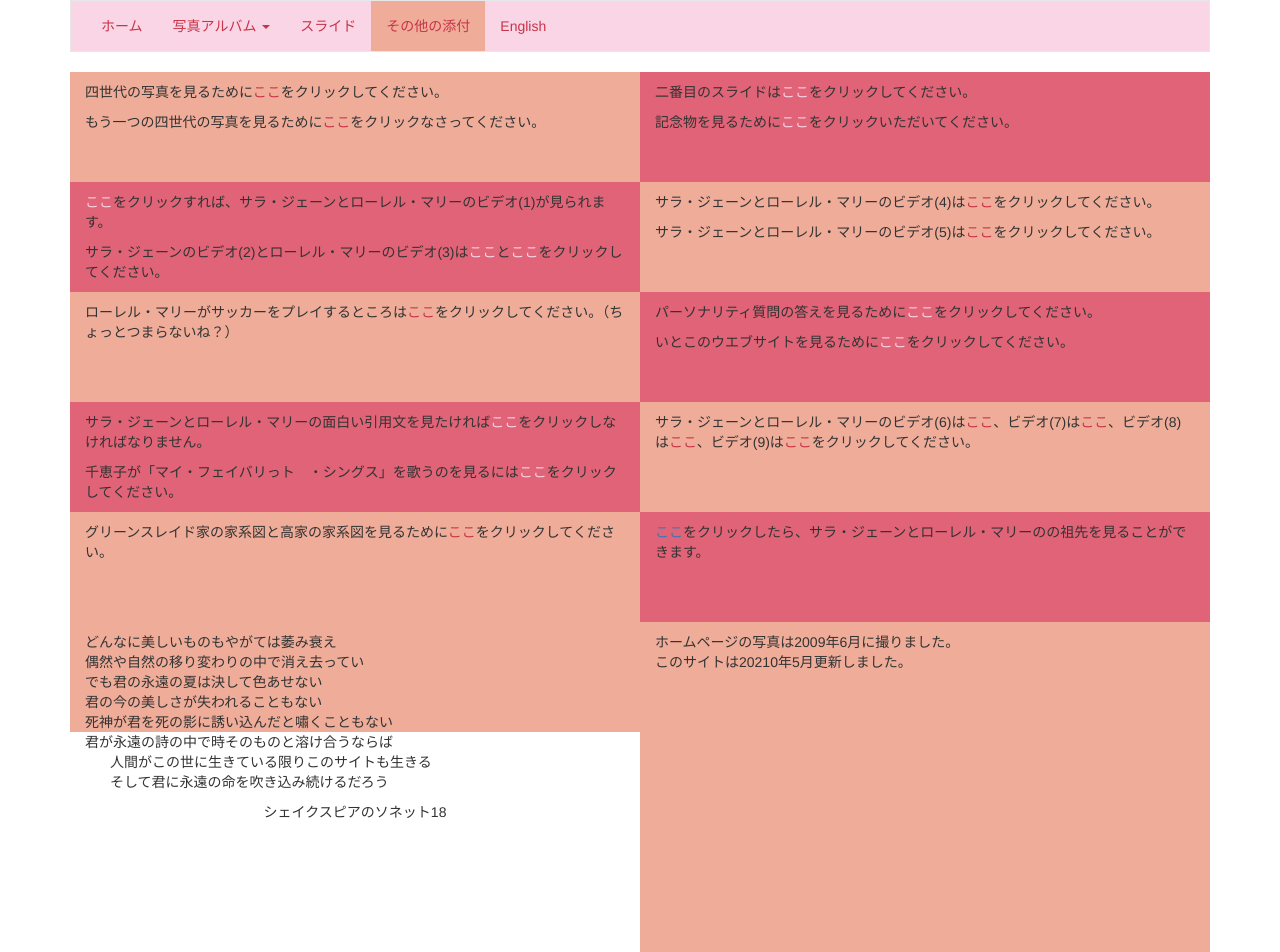
Repository: George2916/Sarah-Jane-and-Laurel-Marie
Page: misc-jap.html
The author's editor kept a record of every edit. The page is drawn from the files as they stood at one moment, then again after the next edit.
The browser window is 1280 px wide. The pictures show the whole page.

Above is the page before.
Console error: TypeError: Cannot read properties of null (reading 'style')

### misc-jap.html
<!DOCTYPE html>
<html>
<head>

    <meta charset="utf-8">
    <meta http-equiv="X-UA-Compatible" content="IE-edge">
    <meta name="viewport" content="width=device-width, initial-scale=1">
    <!--[if lt IE 9]
<script src="https://oss.maxcdn.com/html5shiv/3.7.2/html5shiv.min.js"></script>
<script src="https://oss.maxcdn.com/respond/1.4.2/respond.min.js"></script>
<![endif]-->

  <title>Miscellaneous - Japanese</title>

    <link rel="stylesheet" type="text/css" href="css/bootstrap.css">
    <link rel="stylesheet" type="text/css" href="css/mystyle.css">
    <link href="https://fonts.googleapis.com/css?family=Permanent+Marker" rel="stylesheet">


</head>

<body>

<div class="container">

    <!--collapsing navbar-->

    <nav class="navbar navbar-default">

    <div class="navbar-header">
        <button type="button" class="navbar-toggle" data-toggle="collapse" data-target="#myNavbar"><span class="glyphicon glyphicon-menu-hamburger"></span></button>
    </div>

    <div class="collapse navbar-collapse" id="myNavbar">
        <ul class="nav navbar-nav">
            <li class="DDDD"><a class="home" href="home-jap.html">ホーム</a></li>
            <li class="dropdown DDDD"><a class="active dropdown-toggle gallery-0" data-toggle="dropdown" href="#">写真アルバム <span class="caret"></span></a>
                <ul class="dropdown-menu">
                    <li><a class="gallery-1" href="gallery1-jap.html">写真アルバム 　-　2001年1月　/　2004年2月</a></li>
                    <li><a class="gallery-2" href="gallery2-jap.html">写真アルバム 　-　2004年2月　/　2006年12月</a></li>
                    <li><a class="gallery3" href="gallery3-jap.html">写真アルバム 　-　2007年6月　/　2008年11月</a></li>
                    <li><a class="gallery4" href="gallery4-jap.html">写真アルバム 　-　2008年11月　/　2009年9月</a></li>
                </ul>
            </li>
            <li class="DDDD"><a class="slideshow" href="slideshow-jap.html">スライド</a></li>
            <li class="active non-drop DDDD"><a class="misc" href="misc-jap.html">その他の添付</a></li>
            <li class="DDDD"><a href="misc.html">English</a></li>
        </ul>
    </div>

    </nav>

    <div>

        <div class="row  noPad">

            <div class="col-sm-6 color1 box1">
                <p>四世代の写真を見るために<a class="misc-link-1 AAA" href="familytreeT.html">ここ</a>をクリックしてください。</p>
                <p>もう一つの四世代の写真を見るために<a class="misc-link-1 AAA" href="familytreeM.html">ここ</a>をクリックなさってください。</p>
            </div>


            <div class="col-sm-6 color2 box2">
                <p>二番目のスライドは<a class="misc-link-2 AAA" href="slideshow2-jap.html">ここ</a>をクリックしてください。</p>
                <p>記念物を見るために<a class="misc-link-2 AAA" href="flippablePhotos.html">ここ</a>をクリックいただいてください。</p>
            </div>


        </div><!--closes .row-->

        <div class="row  noPad">

            <div class="col-sm-6 color2 box3">
                <p><a class="misc-link-3 AAA" href="https://www.youtube.com/watch?v=NwOyJzJh9Wc">ここ</a>をクリックすれば、サラ<span >・</span>ジェーンとローレル<span >・</span>マリーのビデオ(1)が見られます。</p>
                <p>サラ<span >・</span>ジェーンのビデオ(2)とローレル<span>・</span>マリーのビデオ(3)は<a class="misc-link-3 AAA" href="https://www.youtube.com/watch?v=lUZmNCm3aWA" target="_blank">ここ</a>と<a class="misc-link-3 AAA" href="https://www.youtube.com/watch?v=WP3CQZRvERk">ここ</a>をクリックしてください。</p>

            </div>



            <div class="col-sm-6 color1 box4">
                <p>サラ<span >・</span>ジェーンとローレル<span >・</span>マリーのビデオ(4)は<a class="misc-link-4 AAA" href="https://www.youtube.com/watch?v=_l0FIXjZr1M" target="_blank">ここ</a>をクリックしてください。</p>
                <p>サラ<span >・</span>ジェーンとローレル<span >・</span>マリーのビデオ(5)は<a class="misc-link-4 AAA" href="https://www.youtube.com/watch?v=VaALOcjoOfE" target="_blank">ここ</a>をクリックしてください。</p>
            </div>

        </div><!--closes .row-->

        <div class="row  noPad">

            <div class="col-sm-6 color1 box5">
                <p>ローレル<span >・</span>マリーがサッカーをプレイするところは<a class="misc-link-5 AAA" href="https://www.youtube.com/watch?v=pcceURS1TcA">ここ</a>をクリックしてください。（ちょっとつまらないね？）</p>

            </div>



            <div class="col-sm-6 color2 box6">
                <p>パーソナリティ質問の答えを見るために<a class="misc-link-6 AAA" href="questionnaire-jap.html">ここ</a>をクリックしてください。</p>
                <p>いとこのウエブサイトを見るために<a class="misc-link-6 AAA" href="https://george2916.github.io">ここ</a>をクリックしてください。</p>
            </div>



        </div><!--closes .row-->

        <div class="row  noPad">

            <div class="col-sm-6 color2 box7">
                <p>サラ<span >・</span>ジェーンとローレル<span >・</span>マリーの面白い引用文を見たければ<a class="misc-link-3 AAA" href="quotes.html">ここ</a>をクリックしなければなりません。</p>
                <p>千恵子が「マイ<span >・</span>フェイバリっト　<span >・</span>シングス」を歌うのを見るには<a class="misc-link-3 AAA" href="https://youtu.be/F1NmzCG4n8A">ここ</a>をクリックしてください。</p>
            </div>


            <div class="col-sm-6 color1 box8">
                <p>サラ<span >・</span>ジェーンとローレル<span >・</span>マリーのビデオ(6)は<a class="misc-link-4 AAA" href="https://youtu.be/i4otdVIbA44">ここ</a>、ビデオ(7)は<a class="misc-link-4 AAA" href="https://youtu.be/OAZ1_f3dj48">ここ</a>、ビデオ(8)は<a class="misc-link-4 AAA" href="https://youtu.be/zzMhVbymAOA">ここ</a>、ビデオ(9)は<a class="misc-link-4 AAA" href="https://youtu.be/t_HujAmd91A">ここ</a>をクリックしてください。
            </div>


        </div><!--closes .row-->

        <div class="row  noPad">

            <div class="col-sm-6 color2 box9">
                <p>グリーンスレイド家の家系図と高家の家系図を見るために<a class="misc-link-9 AAA" href="https://george2916.github.io/GreensladeFamilyTree">ここ</a>をクリックしてください。</p>

            </div>


            <div class="col-sm-6 color1 box10">
                <p><a class="misc-link-10 AAA" href="ancestors.html">ここ</a>をクリックしたら、サラ<span >・</span>ジェーンとローレル<span >・</span>マリーのの祖先を見ることができます。
            </div>


        </div><!--closes .row-->

        <div class="row noPad">

            <div class="col-sm-6 color1 box11J">
                <p>どんなに美しいものもやがては萎み衰え<br>偶然や自然の移り変わりの中で消え去ってい<br>でも君の永遠の夏は決して色あせない<br>君の今の美しさが失われることもない<br>死神が君を死の影に誘い込んだと嘯くこともない<br>君が永遠の詩の中で時そのものと溶け合うならば<br><span class="last2lines">人間がこの世に生きている限りこのサイトも生きる</span><br><span class="last2lines">そして君に永遠の命を吹き込み続けるだろう</span></p><p style="text-align: center">シェイクスピアのソネット18</p>
            </div>



            <div class="col-sm-6 color2 box12">
                <p>ホームページの写真は2009年6月に撮りました。<br>このサイトは20210年5月更新しました。</p>
            </div>

        </div><!--closes .row-->



    </div>

</div><!-closes .container-->

<script src="js/jquery-3.2.0.js"></script>
<script src="js/bootstrap.js"></script>
<script src="js/myjquery.js"></script>

</body>
</html>

### css/mystyle.css
/* color scheme

lilac: #f9d5e5

very light brown: #eeac99

pink: #e06377

red: #c83349

*/

/* STYLING FOR NAV BAR */

/* give the nav bar square corners, instead of the default rounded corners */

.navbar{
    border-radius: 0px;
}

/* change color of nav bar to lilac */

.navbar-default{
    background-color: #f9d5e5;
}

/* change the color of the lettering of Home, Slide Show and Misc. to red */

.navbar-default .navbar-collapse .navbar-nav > li > a{
     color: #c83349;
}

/* change the color of the lettering of Gallery to red */

.navbar-default .navbar-nav > .open > a,
.navbar-default .navbar-nav > .open > a:hover,
.navbar-default .navbar-nav > .open > a:focus {
    color: #c83349;
}

/* give the Home, Slide Show and Misc. tabs the color of very light brown when clicked on */

.navbar-default .navbar-nav .active a,
.navbar-default .navbar-nav .active a:hover,
.navbar-default .navbar-nav .active a:focus {
    background-color: #eeac99;
    color: #c83349;
}

/* give the Gallery tab the color of very light brown when clicked on */

.navbar-default .navbar-nav > .open > a:focus {
    background-color: #eeac99;
}

/* change color and size of the dropdown menu under the Gallery tab */

.dropdown-menu {
    background-color: #eeac99;
    padding: 0px;
    border: 0px;
    margin: 0px;
}

/* change the color of the text of the dropdown menu under the Gallery tab */

.dropdown-menu > li > a {
    color: #c83349;
}

/* make the hamburger icon have the background color of red */

.navbar-default .navbar-toggle:hover,
.navbar-default .navbar-toggle:focus {
    background-color: #eeac99;
}

.navbar-toggle{
    background-color: #c83349;
}

#bullet{

    vertical-align: text-top;
}


/* STYLING FOR HOME PAGE */

/* styling for jumbotron on Home page */

.cover-page-jumbo {
    background-color: #c83349;
    font-family: 'Permanent Marker', cursive;
    text-align: center;
    color: #f9d5e5;

}

/* styling for certain text in the Japanese translation of the Home page*/

#bullet {
    vertical-align: middle;
    letter-spacing: -10px;
}

#bullet1 {

    letter-spacing: -10px;
}

#bullet2 {

    letter-spacing: -8px;
}

#bullet3 {
    vertical-align: middle;
    letter-spacing: -14px;
}
@media only screen and (max-width: 660px) {
    .cover-page-jumbo h2{
        font-size: 140%;
    }

    .cover-page-jumbo h4{
        font-size: 90%;
    }
}

/* give the jumbrotron square corners, instead of the default rounded corners */

.container .jumbotron {
    border-radius: 0px;
}

.coverphoto {
    width: 100%;
    height: 100%;
    border: 4px solid #e06377;
}

/* resize image in jumbotron */
.coverphoto img {
    width: 100%;
    height: auto;
}


/* STYLING FOR GALLERY PAGES */

.gallery-background {
    padding: 20px;
    background-color: #c83349;
}

@media only screen and (max-width: 991px) {
    .extra-padding {
        padding-bottom: 20px;
    }
}

/* change the size of the modals for images in the Gallery which are rotated when displayed in modal format */
.gallery-rotate {
        height: 620px;
        width: 600px;
}

/* rotate certain photos in the Gallery -90 degrees when they are displayed in modal format */
.gallery-rotate img {
    -ms-transform: rotate(-90deg); /* IE 9 */
    -webkit-transform: rotate(-90deg); /* Chrome, Safari, Opera */
    transform: rotate(-90deg);
    height: 450px;
    position: absolute;
    top: 80px;
}

.pager li > a {
    background-color: #f9d5e5;
    color: #c83349;
}


/* STYLING FOR THE SLIDESHOW PAGES */

/* give pink border to the photos in the slide show */
.item > img {
    border: 4px solid #e06377;
}

/* center all img in slideshow */
.carousel-inner img {
    margin: auto;
}

/* enlarge certain pictures in the Slideshow to take up the height and width of their container */
.BBBB {
    width: 100%;
    height: auto;
}

/* give the color of smokey white to the left and right arrows in the Slideshow */

.carousel-control > span {
    color: #f5f5f5;
}

/* make the carousel captions the color of smokey white */
.carousel-caption {
    color: #f5f5f5;
}

/* give the color of smokey white to the border of the carousel indicators */
.carousel-indicators li {
    border: 1px solid #f5f5f5;
}

/* give the color of smokey white to the active carousel indicator */
.carousel-indicators .active {
     background-color: white;
}

/* hide carousel indicators and delete the <h4> captions in screen widths below 992px */
@media only screen and (max-width: 991px) {
    .carousel-indicators > li {
        display: none;
    }
    .carousel-caption > h4 {
        display: none;
    }
}

/* make font-size smaller in screen widths below 575px */
@media only screen and (max-width: 575px) {
    .carousel-caption h3 {
        font-size: 75%;
    }
}


/* STYLING FOR MISCELLANEOUS PAGE */

.color1 {
    background-color: #eeac99;
    height: 110px;
    padding-top: 10px;
}

.color2 {
    background-color: #e06377;
    height: 110px;
    padding-top: 10px;
}

.noPad {margin-right: 0px;
    margin-left: 0px;
}

/* STYLING FOR THE FAMILYTREEM.HTML AND FAMILYTREET.HTML DOCS */

.family-tree-jumbo {
    background-color: #f9d5e5;
    font-family: 'Permanent Marker', cursive;
    text-align: center;
}

.family-tree-jumbo > h3 {
    color: #c83349;
}

/* rotate the fourgenerationsM photo 90 degrees */
.fourgenerationsM img {
    width: 100%;
    height: auto;
   -ms-transform: rotate(90deg); /* IE 9 */
    -webkit-transform: rotate(90deg); /* Chrome, Safari, Opera */
    transform: rotate(90deg);
    position: relative;
    top: 60px;
    border: solid 5px #e06377;
}

/* adjust the position of the fourgenerationsM photo and related text, depending on the screen size */
@media only screen and (max-width: 1199px) {
    .fourgenerationsM img {
        position: relative;
        top: 50px;
    }
    .customclassM {
        position: relative;
        top: 2px;
    }
}

@media only screen and (max-width: 991px) {
    .fourgenerationsM img {
        position: relative;
        top: 100px;
    }
    .customclassM {
        position: relative;
        top: 250px;
        left: 50px;
    }
}

@media only screen and (max-width: 767px) {
    .fourgenerationsM img {
        position: relative;
        top: 120px;
    }
    .customclassM {
        position: relative;
        top: 250px;
        left: 0px;
    }
}

/* adjust the positioning of the fourgenerationsT photo and related text, depending on the screen size */
@media only screen and (min-width: 992px) {
    .fourgenerationsT img {
        width: 100%;
        height: auto;
        position: relative;
        left: 50px;
        top: 20px;
        border: solid 5px #e06377;
    }
    .customclassT {
        position: relative;
        left: 50px;
    }
}

@media only screen and (min-width: 768px) {
    .fourgenerationsT img {
        width: 100%;
        height: auto;
        border: solid 5px #e06377;
    }
    .customclassT {
        position: relative;
        top: 20px;
        left: 50px;
    }
}

@media only screen and (min-width: 100px) {
    .fourgenerationsT img {
        width: 100%;
        height: auto;
        border: solid 5px #e06377;
    }
    .customclassT {
        position: relative;
        top: 20px;
    }
}

.withtext {
    text-align: center;
    border: 2px solid black;
}

.withtext1 {
    border: 3.4px solid black;
    text-align: center;
}

.withsymbol {
    text-align: center;
}

.specialborder {
    border: solid 3px #e06377;
}


/* STYLING FOR QUESTIONNAIRE */

#heading, #headingJ{
    background-color: #c83349;
    font-family: 'Permanent Marker', cursive;
    text-align: center;
    color: #f9d5e5;
}

#Qborder, #QborderJ{
    border-width: 10px;
    border-style: solid;
    border-color: #f9d5e5;
}

#first-row, #first-rowJ{
    height: 2.5em;
}

#sjButtonJap > .btn,
#lmButtonJap > .btn {
    font-size: 75%;
}

@media only screen and (max-width: 767px) {
    #sjButtonJap > .btn,
    #lmButtonJap > .btn {
        font-size: 75%;
    }
}

@media only screen and (max-width: 640px) {
    #sjButtonJap > .btn,
    #lmButtonJap > .btn {
        font-size: 70%;
    }
}

@media only screen and (max-width: 575px) {
    #sjButtonJap > .card_back,
    #lmButtonJap > .card_back {
        font-size: 65%;
    }
    #sjButtonJap > .card_front,
    #lmButtonJap > .card_front {
        font-size: 65%;
    }
}

.card{
  position: relative;
  width: 25%;
  text-align: center;
}

.card_front,
.card_back{
  position: absolute;
  top: 0;
  left: 0;
  width: 100%;
  height: 100%;
}

.card_front,
.card_back{
  -webkit-backface-visibility: hidden;
          backface-visibility: hidden;
  -webkit-transition: -webkit-transform 0.3s;
          transition: transform 0.3s;
}

.card_front{
  background-color: #eeac99;
}

.card_back{
  background-color: #eeac99;
  -webkit-transform: rotateY(-180deg);
          transform: rotateY(-180deg);
}

.card.effect_hover:hover .card_front{
  -webkit-transform: rotateY(-180deg);
          transform: rotateY(-180deg);
}

.card.effect_hover:hover .card_back{
  -webkit-transform: rotateY(0);
          transform: rotateY(0);
}

.customBtn{

  border-right: 6px solid #eeac99;
  border-bottom: 6px solid #eeac99;
  border-right-style: outset;
  border-bottom-style: outset;
}

.question{
    background-color: #eeac99;
}

#hiddenSJ-1, #hiddenSJ-2, #hiddenSJ-3, #hiddenSJ-4, #hiddenSJ-5, #hiddenSJ-6, #hiddenSJ-7, #hiddenSJ-8, #hiddenSJ-9, #hiddenSJ-10, #hiddenSJ-11, #hiddenSJ-12, #hiddenSJ-13, #hiddenSJ-14, #hiddenSJ-15, #hiddenSJ-16, #hiddenSJ-17, #hiddenSJ-18, #hiddenSJ-19, #hiddenSJ-20, #hiddenSJ-21, #hiddenSJ-22, #hiddenSJ-23, #hiddenSJ-24, #hiddenSJ-25, #hiddenLM-1, #hiddenLM-2, #hiddenLM-3, #hiddenLM-4, #hiddenLM-5, #hiddenLM-6, #hiddenLM-7, #hiddenLM-8, #hiddenLM-9, #hiddenLM-10, #hiddenLM-11, #hiddenLM-12, #hiddenLM-13, #hiddenLM-14, #hiddenLM-15, #hiddenLM-16, #hiddenLM-17, #hiddenLM-18, #hiddenLM-19, #hiddenLM-20, #hiddenLM-21, #hiddenLM-22, #hiddenLM-23, #hiddenLM-24, #hiddenLM-25, #hiddenSJJ-1, #hiddenSJJ-2, #hiddenSJJ-3, #hiddenSJJ-4, #hiddenSJJ-5, #hiddenSJJ-6, #hiddenSJJ-7, #hiddenSJJ-8, #hiddenSJJ-9, #hiddenSJJ-10, #hiddenSJJ-11, #hiddenSJJ-12, #hiddenSJJ-13, #hiddenSJJ-14, #hiddenSJJ-15, #hiddenSJJ-16, #hiddenSJJ-17, #hiddenSJJ-18, #hiddenSJJ-19, #hiddenSJJ-20, #hiddenSJJ-21, #hiddenSJJ-22, #hiddenSJJ-23, #hiddenSJJ-24, #hiddenSJJ-25, #hiddenLMJ-1, #hiddenLMJ-2,  #hiddenLMJ-3, #hiddenLMJ-4, #hiddenLMJ-5, #hiddenLMJ-6, #hiddenLMJ-7, #hiddenLMJ-8, #hiddenLMJ-9, #hiddenLMJ-10, #hiddenLMJ-11, #hiddenLMJ-12, #hiddenLMJ-13, #hiddenLMJ-14, #hiddenLMJ-15, #hiddenLMJ-16, #hiddenLMJ-17, #hiddenLMJ-18, #hiddenLMJ-19, #hiddenLMJ-20, #hiddenLMJ-21, #hiddenLMJ-22, #hiddenLMJ-23, #hiddenLMJ-24, #hiddenLMJ-25 {
    background-color: #eeac99;
}


/* STYLING FOR FLIPPABLE PHOTOS (MEMENTOS) */

.FPborder{
    border-width: 10px 10px 1px 10px;
    border-style: solid;
    border-color: #f9d5e5;
}

.FPheading{
    background-color: #c83349;
    font-family: 'Permanent Marker', cursive;
    text-align: center;
    color: #f9d5e5;
    padding-bottom: 20px;
}

.FPbackground{
    border-width: 0px 10px 10px 10px;
    border-style: solid;
    border-color: #f9d5e5;
    background-color: #eeac99;
    padding: 0px 20px 0px 20px;
}

.FPtextHeading{
    padding: 0px 20px;
}

.pic-front{
    box-shadow: 5px 5px 5px #c83349;
    margin-bottom: 20px;
}

.pic-back{
    display:none;
    box-shadow: 5px 5px 5px #c83349;
    margin-bottom: 20px;
}

.FPtext{
    color: #c83349;
}

/* rotation of images */

#front1{
  transform: rotate(3deg);
}

#front1:hover{
  transform: rotate(0deg);
  cursor: grab;
}

#back1-1{
  transform: rotate(3deg);
}

#back1-1:hover{
  transform: rotate(0deg);
  cursor: grab;
}

#back1-2{
  transform: rotate(3deg);
}

#back1-2:hover{
  transform: rotate(0deg);
  cursor: grab;
}

#front2{
  transform: rotate(1deg);
}

#front2:hover{
  transform: rotate(0deg);
  cursor: grab;
}

#back2{
  transform: rotate(1deg);
}

#back2:hover{
  transform: rotate(0deg);
  cursor: grab;
}

#front3{
  transform: rotate(-3deg);
}

#front3:hover{
  transform: rotate(0deg);
  cursor: grab;
}

#back3-1{
  transform: rotate(-3deg);
}

#back3-1:hover{
  transform: rotate(0deg);
  cursor: grab;
}

#back3-2{
  transform: rotate(-3deg);
}

#back3-2:hover{
  transform: rotate(0deg);
  cursor: grab;
}

#front4{
  transform: rotate(3deg);
}

#front4:hover{
  transform: rotate(0deg);
  cursor: grab;
}

#back4{
  transform: rotate(3deg);
}

#back4:hover{
  transform: rotate(0deg);
  cursor: grab;
}

#front5{
  transform: rotate(1deg);
}

#front5:hover{
  transform: rotate(0deg);
  cursor: grab;
}

#back5{
  transform: rotate(1deg);
}

#back5:hover{
  transform: rotate(0deg);
  cursor: grab;
}

#front6{
  transform: rotate(-7deg);
}

#front6:hover{
  transform: rotate(-0deg);
  cursor: grab;
}

#back6{
  transform: rotate(-7deg);
}

#back6:hover{
  transform: rotate(-0deg);
  cursor: grab;
}

#front7{
  transform: rotate(1deg);
}

#front7:hover{
  transform: rotate(0deg);
  cursor: grab;
}

#back7-1{
  transform: rotate(1deg);
}

#back7-1:hover{
  transform: rotate(0deg);
  cursor: grab;
}

#back7-2{
  transform: rotate(1deg);
}

#back7-2:hover{
  transform: rotate(0deg);
  cursor: grab;
}

#back7-3{
  transform: rotate(1deg);
}

#back7-3:hover{
  transform: rotate(0deg);
  cursor: grab;
}

#front8{
  transform: rotate(-5deg);
}

#front8:hover{
  transform: rotate(0deg);
  cursor: grab;
}

#back8{
  transform: rotate(-5deg);
}

#back8:hover{
  transform: rotate(0deg);
  cursor: grab;
}

#front9{
  transform: rotate(-3deg);
}

#front10{
  transform: rotate(2deg);
}

#front10:hover{
  transform: rotate(0deg);
  cursor: grab;
}

#back10-1{
  transform: rotate(2deg);
}

#back10-1:hover{
  transform: rotate(0deg);
  cursor: grab;
}

#back10-2{
  transform: rotate(2deg);
}

#back10-2:hover{
  transform: rotate(0deg);
  cursor: grab;
}

#back10-3{
  transform: rotate(2deg);
}

#back10-3:hover{
  transform: rotate(0deg);
  cursor: grab;
}

#back10-4{
  transform: rotate(2deg);
}

#back10-4:hover{
  transform: rotate(0deg);
  cursor: grab;
}

#back10-5{
  transform: rotate(2deg);
}

#back10-5:hover{
  transform: rotate(0deg);
  cursor: grab;
}

#front11{
  transform: rotate(2deg);
}

#front11:hover{
  transform: rotate(0deg);
}

#front12{
  transform: rotate(-2deg);
}

#front12:hover{
  transform: rotate(0deg);
  cursor: grab;
}

#back12{
  transform: rotate(-2deg);
}

#back12:hover{
  transform: rotate(0deg);
  cursor: grab;
}

#front13{
  transform: rotate(-2deg);
}

#front13:hover{
  transform: rotate(0deg);
  cursor: grab;
}

#back13{
  transform: rotate(-2deg);
}

#back13:hover{
  transform: rotate(0deg);
  cursor: grab;
}

#front14{
  transform: rotate(3deg);
}

#front14:hover{
  transform: rotate(0deg);
  cursor: grab;
}

#back14{
  transform: rotate(3deg);
}

#back14:hover{
  transform: rotate(0deg);
  cursor: grab;
}



/* STYLING FOR QUOTES.HTML */


.qText1{
    color: #c83349;
    font-family: 'Permanent Marker', cursive;
    padding: 0px 50px;
    text-align: center;
}

.qText2{
    color: #c83349;
    font-family: 'Permanent Marker', cursive;
    padding: 0px 60px;
    text-align: center;

}

.qBackground1{
    border-width: 0px 10px 1px 10px;
    border-style: solid;
    border-color: #f9d5e5;
    background-color: #eeac99;
    padding: 20px 20px 0px 20px
}

.qBackground2{
    border-width: 0px 10px 10px 10px;
    border-style: solid;
    border-color: #f9d5e5;
    background-color: #eeac99;
    padding: 20px 20px 20px 20px
}

#quote1{
    text-decoration: underline;
}

.noPad {margin-right: 0px;
    margin-left: 0px;}

Loaded but not shown: css/bootstrap.css (library); js/jquery-3.2.0.js (library); js/bootstrap.js (library); js/myjquery.js (library)

After the next edit:
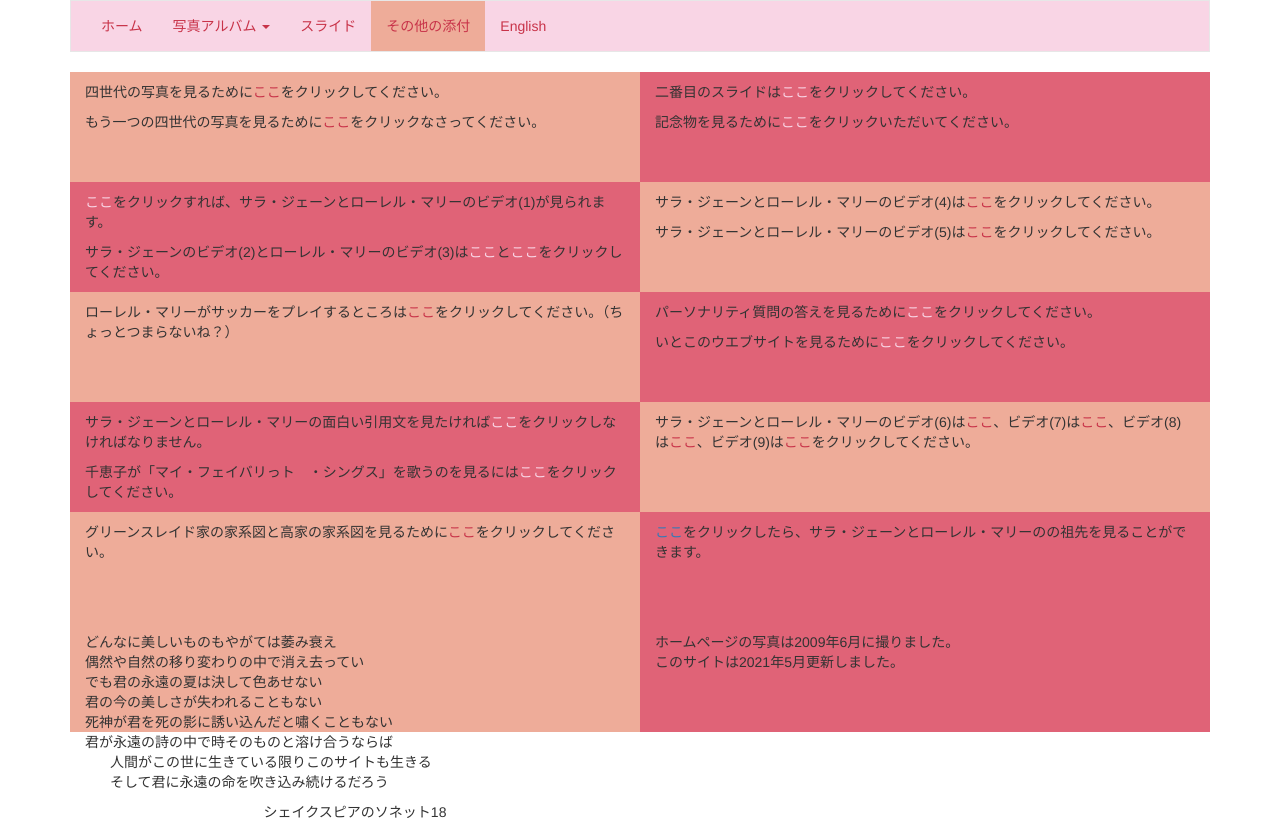
The edit:
--- a/misc-jap.html
+++ b/misc-jap.html
@@ -141,8 +141,8 @@
 
 
 
-            <div class="col-sm-6 color2 box12">
-                <p>ホームページの写真は2009年6月に撮りました。<br>このサイトは20210年5月更新しました。</p>
+            <div class="col-sm-6 color2 box12J">
+                <p>ホームページの写真は2009年6月に撮りました。<br>このサイトは2021年5月更新しました。</p>
             </div>
 
         </div><!--closes .row-->
